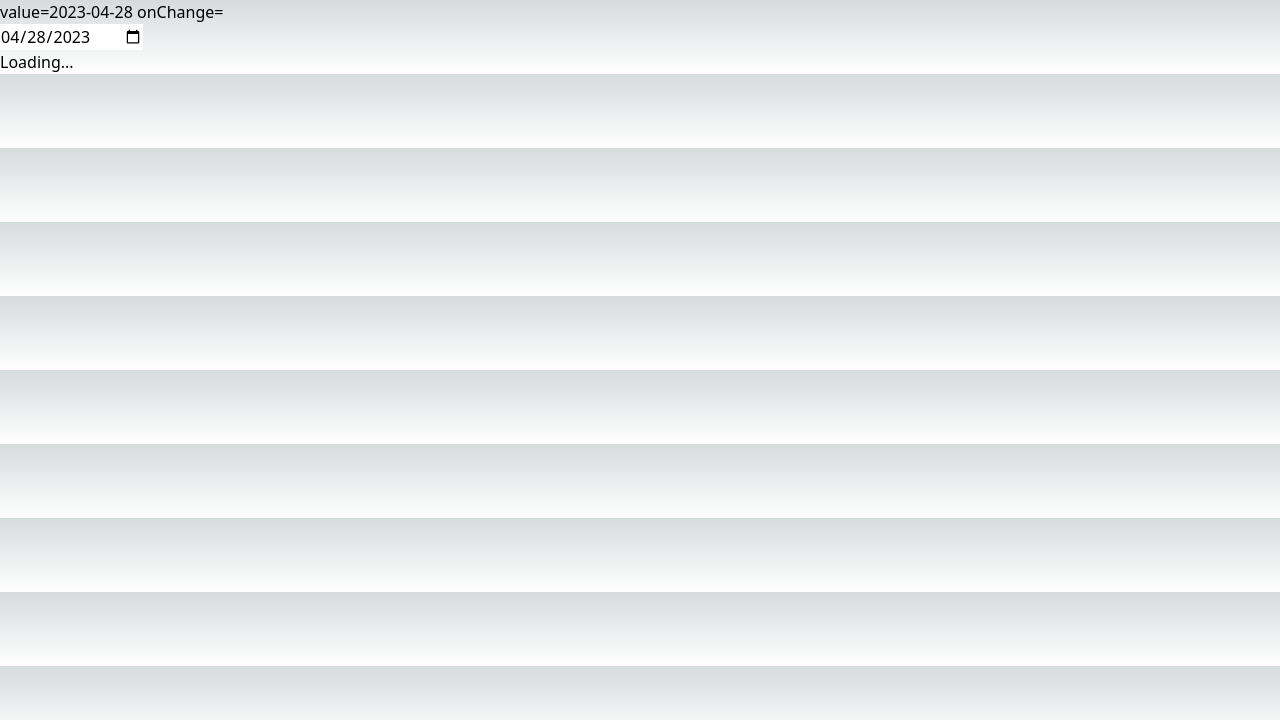
Repository: sercanisli/NasaApod
Page: /
An editor plug-in stored every save of this project. The page is shown before and after the next save, followed by the edit.
The browser window is 1280 px wide. The pictures show the whole page.
The page's requests for data from a server got no answer. The project was rebuilt for these pictures with package versions that can differ from the ones it lists, and the page was loaded fresh each time. The framework's server and built-in components were replaced by stand-ins that run in the browser. No one was signed in, and anything a server would have sent is missing. Also part of the build but not shown: next.config.js.

Above is the page before, as saved 2023-05-12 01:41:16.

### pages/index.js
import React, { useState } from 'react';
import DateSelector from '../components/DateSelector';
import Apod from '@/components/Apod';

const HomePage = () => {
  const [selectedDate, setSelectedDate] = useState(new Date().toISOString().substr(0, 10));

  const handleDateSelected = (date) => {
    setSelectedDate(date);
  };

  return (
    <div>
      <DateSelector onDateSelected={handleDateSelected} />
      <Apod date={selectedDate} />
    </div>
  );
};

export default HomePage;

### components/DateSelector.js
import React, { useState } from 'react';
import { formatISO } from 'date-fns';

const DateSelector = ({ onDateSelected }) => {
  const [selectedDate, setSelectedDate] = useState(new Date());

  const handleDateChange = (event) => {
    const selectedDate = new Date(event.target.value);
    setSelectedDate(selectedDate);
    onDateSelected(formatISO(selectedDate));
    console.log(selectedDate);
  };

  return (
    <div>
      value={selectedDate.toISOString().substr(0, 10)} onChange={handleDateChange}
    </div>
  );
};

export default DateSelector;

### components/Apod.js
import React, { useState, useEffect } from 'react';
import axios from 'axios';

const API_KEY = 'EE0ZIoEOksDZKvkNgEcM1TfRaKWtTACerC0GhuJQ';

function NasaApod() {
  const [apodData, setApodData] = useState(null);
  const [selectedDate, setSelectedDate] = useState(new Date());

  useEffect(() => {
    const formatDate = date => {
      const year = date.getFullYear();
      const month = (date.getMonth() + 1).toString().padStart(2, '0');
      const day = date.getDate().toString().padStart(2, '0');
      return `${year}-${month}-${day}`;
    }

    const fetchApodData = async () => {
      try {
        const response = await axios.get(`https://api.nasa.gov/planetary/apod?api_key=${API_KEY}&date=${formatDate(selectedDate)}`);
        setApodData(response.data);
      } catch (error) {
        console.error(error);
      }
    };

    fetchApodData();
  }, [selectedDate]);

  const handleDateChange = event => {
    const selectedDate = new Date(event.target.value);
    setSelectedDate(selectedDate);
  };

  return (
    <div>
      <input type="date" value={selectedDate.toISOString().substr(0, 10)} onChange={handleDateChange} />
      {apodData ? (
        <div>
          <h1>{apodData.title}</h1>
          <img src={apodData.url} alt={apodData.title} />
          <p>{apodData.explanation}</p>
        </div>
      ) : (
        <p>Loading...</p>
      )}
    </div>
  );
}

export default NasaApod;

Loaded but not shown: pages/_app.js (common file); pages/_document.js (common file); styles/globals.css (common file); tailwind.config.js (common file)

After the next save:
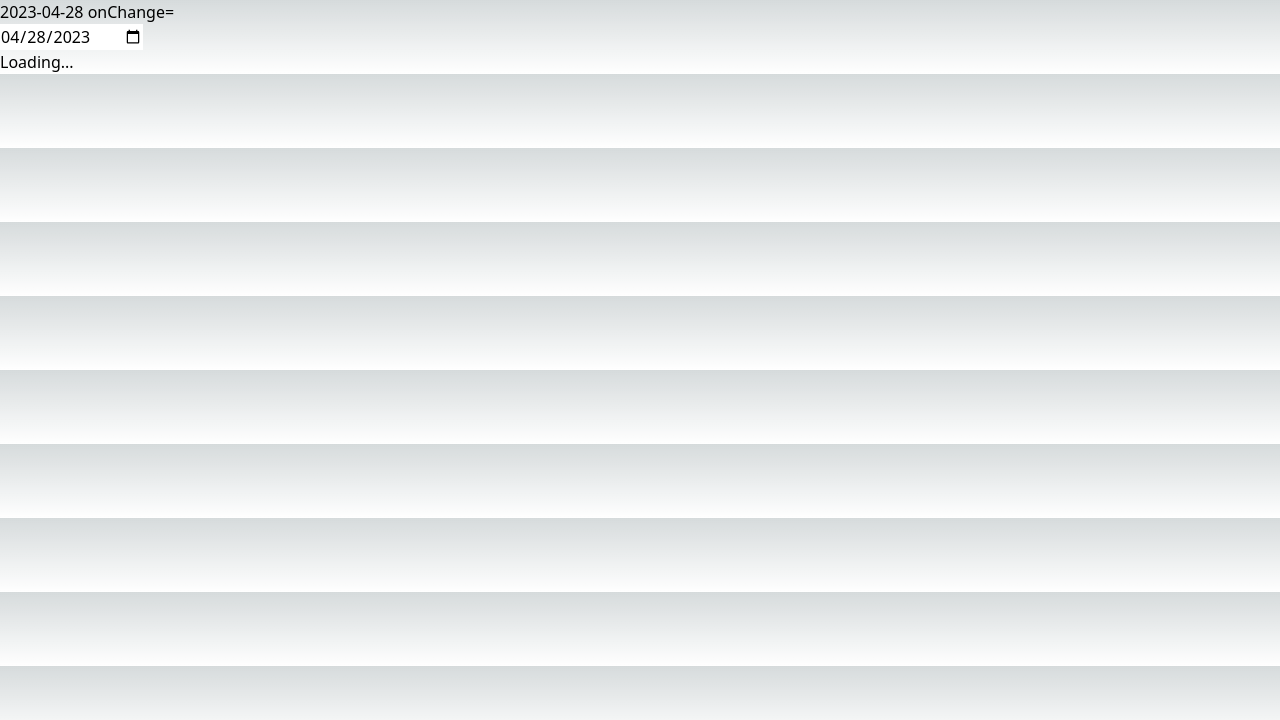
Saved 18 s later.
--- a/components/DateSelector.js
+++ b/components/DateSelector.js
@@ -13,7 +13,7 @@ const DateSelector = ({ onDateSelected }) => {
 
   return (
     <div>
-      value={selectedDate.toISOString().substr(0, 10)} onChange={handleDateChange}
+      {selectedDate.toISOString().substr(0, 10)} onChange={handleDateChange}
     </div>
   );
 };
